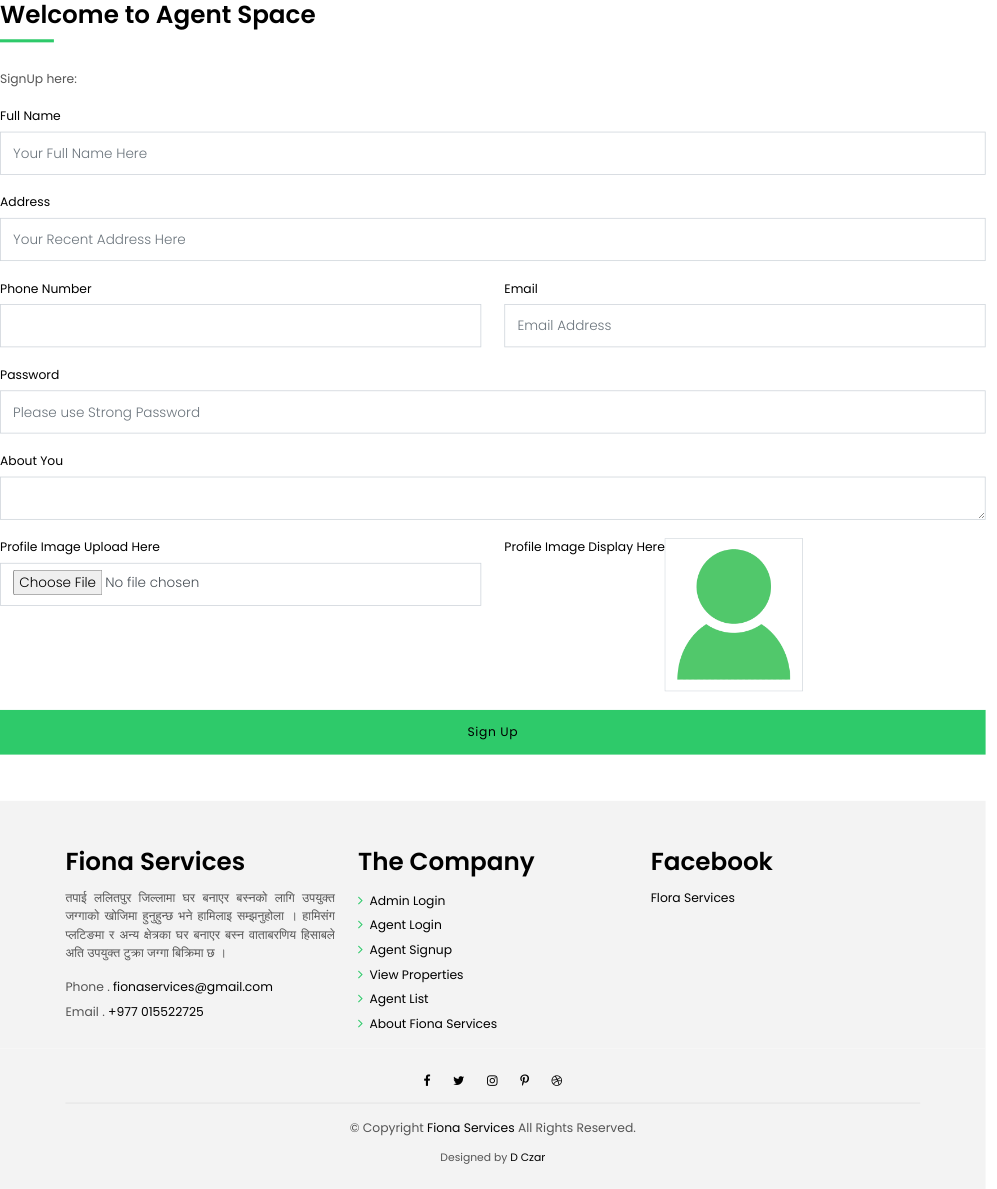
Repository: Sjuicyy/realstate
Page: http://localhost/Add-Property.php
An editor plug-in stored every save of this project. The page is shown before and after the next save, followed by the edit.
The browser window is 1280 px wide. The page is 1295 px wide, so the pictures cover 1295 px, including what lies to the right of the window. The pictures show the whole page, at 77% of full size.
The page is run by PHP 8.4 with error messages shown; the project is at /var/www/html/.

Above is the page before, as saved 2022-10-13 14:35:33.

### Add-Property.php
<!DOCTYPE html>
<html lang="en">

<head>
  <meta charset="utf-8">
  <title>Fiona Services</title>
  <meta content="width=device-width, initial-scale=1.0" name="viewport">
  <meta content="" name="keywords">
  <meta content="" name="description">

  <!-- Favicons -->
  <link href="img/favicon.png" rel="icon">
  <link href="img/apple-touch-icon.png" rel="apple-touch-icon">

  <!-- Google Fonts -->
  <link href="https://fonts.googleapis.com/css?family=Poppins:300,400,500,600,700" rel="stylesheet">

  <!-- Bootstrap CSS File -->
  <link href="lib/bootstrap/css/bootstrap.min.css" rel="stylesheet">

  <!-- Libraries CSS Files -->
  <link href="lib/font-awesome/css/font-awesome.min.css" rel="stylesheet">
  <link href="lib/animate/animate.min.css" rel="stylesheet">
  <link href="lib/ionicons/css/ionicons.min.css" rel="stylesheet">
  <link href="lib/owlcarousel/assets/owl.carousel.min.css" rel="stylesheet">

  <!-- Main Stylesheet File -->
  <link href="css/style.css" rel="stylesheet">

  <!-- =======================================================
    Theme Name: EstateAgency
    Theme URL: https://bootstrapmade.com/real-estate-agency-bootstrap-template/
    Author: BootstrapMade.com
    License: https://bootstrapmade.com/license/
  ======================================================= -->
</head>
<div id="fb-root"></div>
<script async defer crossorigin="anonymous" src="https://connect.facebook.net/en_US/sdk.js#xfbml=1&version=v14.0"
  nonce="0jwGYLXn"></script>


<body>
  <!-- / Form Search End /-->

  <!--/ Nav Star /-->
  <!-- <nav class="navbar navbar-default navbar-trans navbar-expand-lg fixed-top">
    <div class="container">
      <button class="navbar-toggler collapsed" type="button" data-toggle="collapse" data-target="#navbarDefault"
        aria-controls="navbarDefault" aria-expanded="false" aria-label="Toggle navigation">
      </button>
      <a class="navbar-brand text-brand" href="index.php">Fiona<span class="color-b"> Services</span></a>
      <button type="button" class="btn btn-link nav-search navbar-toggle-box-collapse d-md-none" data-toggle="collapse"
        data-target="#navbarTogglerDemo01" aria-expanded="false" title="Agent Space">

      </button>
      <div class="navbar-collapse collapse justify-content-center" id="navbarDefault">
        <ul class="navbar-nav">
          <li class="nav-item">
            <a class="nav-link active" href="index.php">Home</a>
          </li>
          <li class="nav-item">
            <a class="nav-link" href="about.php">About Us</a>
          </li>
          <li class="nav-item dropdown">
            <a class="nav-link dropdown-toggle" href="#" id="navbarDropdown" role="button" data-toggle="dropdown"
              aria-haspopup="true" aria-expanded="false">
              Property
            </a>
            <div class="dropdown-menu" aria-labelledby="navbarDropdown">
              <a class="dropdown-item" href="property-single.php">Property Single</a>
              <a class="dropdown-item" href="property-grid.php">Property List</a>
            </div>
          </li>
          <li class="nav-item">
            <a class="nav-link" href="Login.php">Login</a>
          </li>
          <li class="nav-item">
            <a class="nav-link" href="contact.php">Contact</a>
          </li>
        </ul>
      </div>
      <button type="button" class="btn btn-b-n navbar-toggle-box-collapse d-none d-md-block" data-toggle="collapse"
        data-target="#navbarTogglerDemo01" aria-expanded="false" title="Agent Space">
      </button>
    </div>
  </nav> -->
  <!--/ Nav End /-->











  <div class="">
    <div class="title-box-d">
      <h3 class="title-d">Welcome to Agent Space</h3>
    </div>
    <div class=" form">
      <div id="modal2">
        <form class="form-a" action="agentsave.php" method="POST" enctype="multipart/form-data">
          <div class="row">
            <div class="col-md-12 mb-2">
              SignUp here: <br><br>
              <div class="form-group">
                <label for="Type">Full Name</label>
                <input type="text" class="form-control form-control-lg form-control-a" placeholder="Your Full Name Here"
                  name="Name">
              </div>
            </div>
            <div class="col-md-12 mb-2">
              <div class="form-group">
                <label for="Type">Address</label>
                <input type="text" class="form-control form-control-lg form-control-a"
                  placeholder="Your Recent Address Here" name="Address">
              </div>
            </div>
            <div class="col-md-6 mb-2">
              <div class="form-group">
                <label for="city">Phone Number</label>
                <input type="number" class="form-control form-control-lg form-control-a" name="Phone">
              </div>
            </div>
            <div class="col-md-6 mb-2">
              <div class="form-group">
                <label for="bedrooms">Email</label>
                <input type="email" class="form-control form-control-lg form-control-a" placeholder="Email Address"
                  name="Email">
              </div>
            </div>
            <div class="col-md-12 mb-2">
              <div class="form-group">
                <label for="garages">Password</label>
                <input type="password" class="form-control form-control-lg form-control-a"
                  placeholder="Please use Strong Password" name="Password">
              </div>
            </div>
            <div class="col-md-12 mb-2">
              <div class="form-group">
                <label for="bathrooms">About You</label>
                <textarea class="form-control form-control-lg form-control-a" id="bathrooms" name="Detail">
              </textarea>
              </div>
            </div>
            <div class="col-md-6 mb-2">
              <div class="form-group">
                <label for="price">Profile Image Upload Here</label>
                <input type="file" class="form-control form-control-lg form-control-a" onchange="readURL(this);"
                  name="Photo">
              </div>
            </div>
            <div class="col-md-6 mb-2">
              <div class="form-group text-center">
                <label for="price" style="float: left">Profile Image Display Here</label>
                <img src="img/user.png" id="blah" class="form-control"
                  style="max-width:180px;width: 100%;height: auto;" />
              </div>
            </div>
            <div class="col-md-12">
              <button type="submit" name="submit" class="btn btn-b" style="width: 100%;">Sign Up</button>
            </div>
          </div>
        </form>
      </div>

    </div>


















    <!--/ footer Star /-->
    <section class="section-footer">
      <div class="container">
        <div class="row">
          <div class="col-sm-12 col-md-4">
            <div class="widget-a">
              <div class="w-header-a">
                <h3 class="w-title-a text-brand">Fiona Services</h3>
              </div>
              <div class="w-body-a">
                <p class="w-text-a color-text-a" align="justify">
                  तपाई ललितपुर जिल्लामा घर बनाएर बस्नको लागि उपयुक्त जग्गाको खोजिमा हुनुहुन्छ भने हामिलाइ सम्झनुहोला ।
                  हामिसंग प्लटिङमा र अन्य क्षेत्रका घर बनाएर बस्न वाताबरणिय हिसाबले अति उपयुक्त टुक्रा जग्गा बिक्रिमा छ
                  ।
                </p>
              </div>
              <div class="w-footer-a">
                <ul class="list-unstyled">
                  <li class="color-a">
                    <span class="color-text-a">Phone .</span> fionaservices@gmail.com
                  </li>
                  <li class="color-a">
                    <span class="color-text-a">Email .</span> +977 015522725
                  </li>
                </ul>
              </div>
            </div>
          </div>
          <div class="col-sm-12 col-md-4 section-md-t3">
            <div class="widget-a">
              <div class="w-header-a">
                <h3 class="w-title-a text-brand">The Company</h3>
              </div>
              <div class="w-body-a">
                <div class="w-body-a">
                  <ul class="list-unstyled">
                    <li class="item-list-a">
                      <i class="fa fa-angle-right"></i> <a href="#">Admin Login</a>
                    </li>
                    <li class="item-list-a">
                      <i class="fa fa-angle-right"></i> <a href="#">Agent Login</a>
                    </li>
                    <li class="item-list-a">
                      <i class="fa fa-angle-right"></i> <a href="#">Agent Signup</a>
                    </li>
                    <li class="item-list-a">
                      <i class="fa fa-angle-right"></i> <a href="#">View Properties</a>
                    </li>
                    <li class="item-list-a">
                      <i class="fa fa-angle-right"></i> <a href="#">Agent List</a>
                    </li>
                    <li class="item-list-a">
                      <i class="fa fa-angle-right"></i> <a href="#">About Fiona Services</a>
                    </li>
                  </ul>
                </div>
              </div>
            </div>
          </div>
          <div class="col-sm-12 col-md-4 section-md-t3">
            <div class="widget-a">
              <div class="w-header-a">
                <h3 class="w-title-a text-brand">Facebook</h3>
              </div>
              <div class="w-body-a">
                <div class="fb-page" data-href="https://www.facebook.com/floraservices2070" data-tabs="timeline"
                  data-width="" data-height="110" data-small-header="false" data-adapt-container-width="true"
                  data-hide-cover="false" data-show-facepile="false">
                  <blockquote cite="https://www.facebook.com/floraservices2070" class="fb-xfbml-parse-ignore"><a
                      href="https://www.facebook.com/floraservices2070">Flora Services</a></blockquote>
                </div>
              </div>
            </div>
          </div>
        </div>
      </div>
    </section>
    <footer>
      <div class="container">
        <div class="row">
          <div class="col-md-12">

            <div class="socials-a">
              <ul class="list-inline">
                <li class="list-inline-item">
                  <a href="#">
                    <i class="fa fa-facebook" aria-hidden="true"></i>
                  </a>
                </li>
                <li class="list-inline-item">
                  <a href="#">
                    <i class="fa fa-twitter" aria-hidden="true"></i>
                  </a>
                </li>
                <li class="list-inline-item">
                  <a href="#">
                    <i class="fa fa-instagram" aria-hidden="true"></i>
                  </a>
                </li>
                <li class="list-inline-item">
                  <a href="#">
                    <i class="fa fa-pinterest-p" aria-hidden="true"></i>
                  </a>
                </li>
                <li class="list-inline-item">
                  <a href="#">
                    <i class="fa fa-dribbble" aria-hidden="true"></i>
                  </a>
                </li>
              </ul>
            </div>
            <div class="copyright-footer">
              <p class="copyright color-text-a">
                &copy; Copyright
                <span class="color-a">Fiona Services</span> All Rights Reserved.
              </p>
            </div>
            <div class="credits">

              Designed by <a href="https://pritambajagain.com.np/">D Czar</a>
            </div>
          </div>
        </div>
      </div>
    </footer>
    <!--/ Footer End /-->

    <a href="#" class="back-to-top"><i class="fa fa-chevron-up"></i></a>
    <div id="preloader"></div>

    <!-- JavaScript Libraries -->
    <script>
      function readURL(input) {
        if (input.files && input.files[0]) {
          var reader = new FileReader();

          reader.onload = function (e) {
            $('#blah')
              .attr('src', e.target.result);
          };

          reader.readAsDataURL(input.files[0]);
        }
      }
    </script>
    <script src="lib/jquery/jquery.min.js"></script>
    <script src="lib/jquery/jquery-migrate.min.js"></script>
    <script src="lib/popper/popper.min.js"></script>
    <script src="lib/bootstrap/js/bootstrap.min.js"></script>
    <script src="lib/easing/easing.min.js"></script>
    <script src="lib/owlcarousel/owl.carousel.min.js"></script>
    <script src="lib/scrollreveal/scrollreveal.min.js"></script>
    <!-- Contact Form JavaScript File -->
    <script src="contactform/contactform.js"></script>

    <!-- Template Main Javascript File -->
    <script src="js/main.js"></script>

</body>

</html>

Loaded but not shown: lib/bootstrap/css/bootstrap.min.css (library); lib/font-awesome/css/font-awesome.min.css (library); lib/animate/animate.min.css (library); lib/ionicons/css/ionicons.min.css (library); lib/owlcarousel/assets/owl.carousel.min.css (library); lib/jquery/jquery.min.js (library); lib/jquery/jquery-migrate.min.js (library); lib/popper/popper.min.js (library); lib/bootstrap/js/bootstrap.min.js (library); lib/easing/easing.min.js (common file); lib/owlcarousel/owl.carousel.min.js (library); lib/scrollreveal/scrollreveal.min.js (library); js/main.js (150 lines, source omitted); contactform/contactform.js (118 lines, source omitted); css/style.css (2025 lines, source omitted)

After the next save:
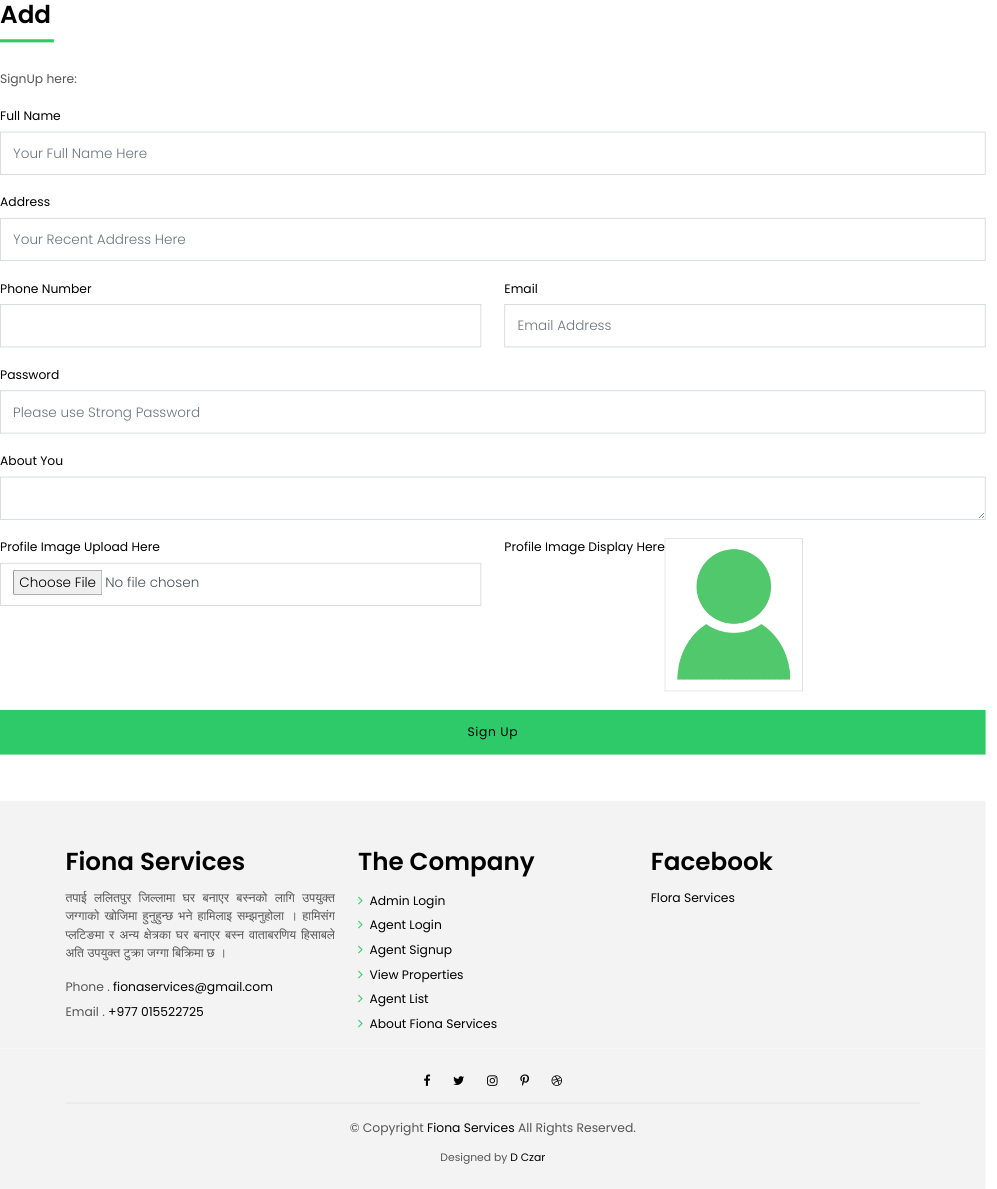
Saved 14 s later.
--- a/Add-Property.php
+++ b/Add-Property.php
@@ -98,7 +98,7 @@
 
   <div class="">
     <div class="title-box-d">
-      <h3 class="title-d">Welcome to Agent Space</h3>
+      <h3 class="title-d">Add </h3>
     </div>
     <div class=" form">
       <div id="modal2">
